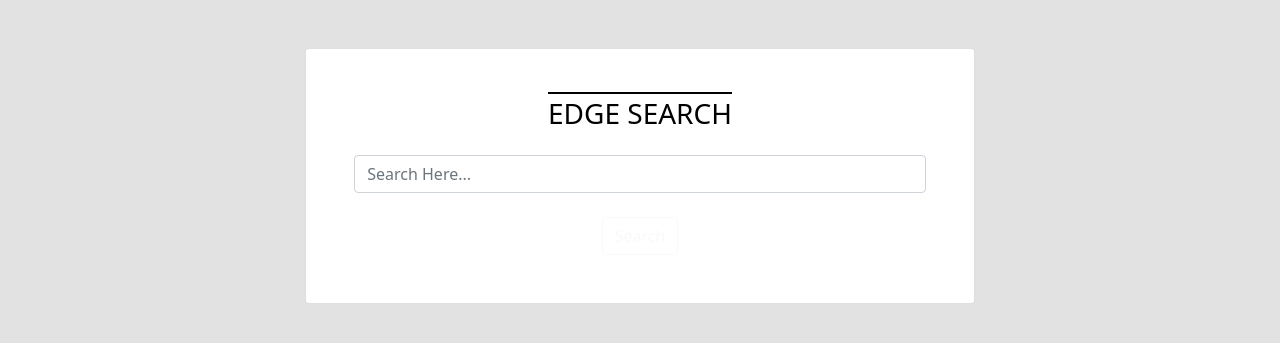
Repository: IamPawan777/spring-MCV
Page: http://localhost/my_search_engine/edgePage.jsp
An editor plug-in stored every save of this project. The page is shown before and after a run of saves, followed by the edit.
The browser window is 1280 px wide. The pictures show the whole page.
The page is served by Tomcat 9.

Above is the page before, as saved 2025-01-18 08:02:06.

After the next 2 saves:
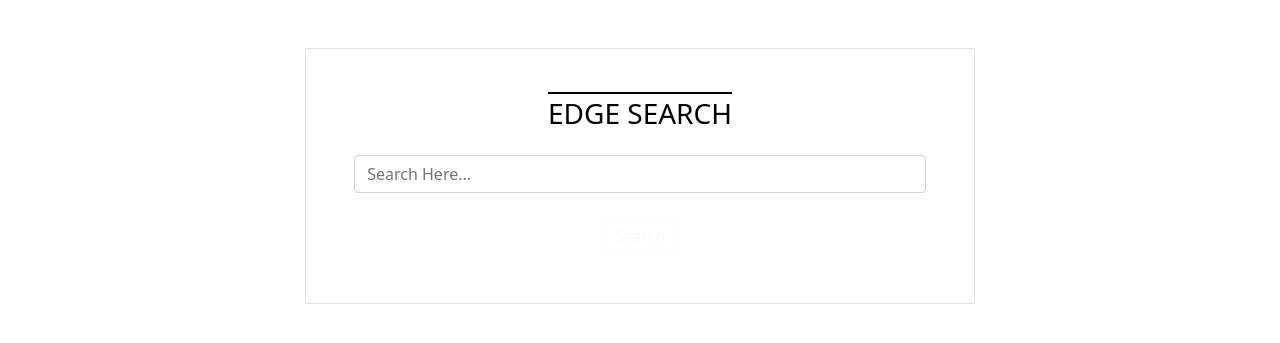
The 2 saves are shown as one change because they came seconds apart.
The last was saved 22 s later.
--- a/my_search_engine/src/main/webapp/edgePage.jsp
+++ b/my_search_engine/src/main/webapp/edgePage.jsp
@@ -11,7 +11,7 @@
 
     <title>Hello, world!</title>
   </head>
-  <body style="background: #e2e2e2;">
+  <body>
 
 
 
